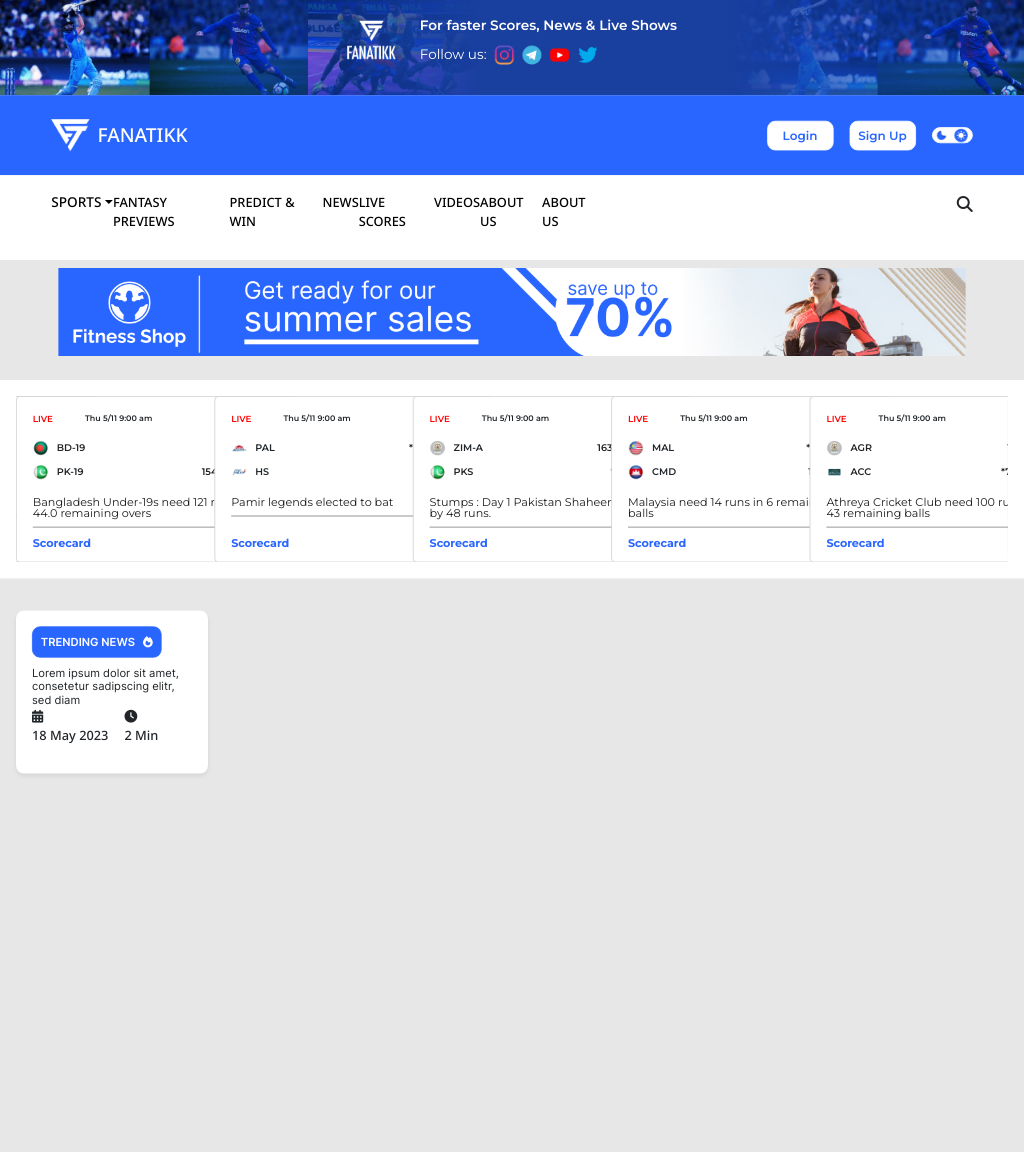
Repository: FlyweisReact/Kannapa
Page: /
The author's editor kept a copy of each file at every save. The page is drawn from the files as they stood at one save, then again after a run of saves.
The browser window is 1280 px wide. The pictures show the whole page, at 80% of full size.
Some web libraries are served in a nearby version. The project was rebuilt for these pictures with package versions that can differ from the ones it lists, and the page was loaded fresh each time. Also part of the build but not shown: src/Components/Layout/Footer.js, src/Components/Sliders/Index-video-Slider.js, src/Components/firstScreen.jsx, src/Components/secondScreen.jsx, src/Components/thirdScreen.jsx, src/Components/fourthScreen.jsx, src/CSS/Footer.css.

Above is the page before, as saved 2023-06-03 13:35:22.

After the next 3 saves:
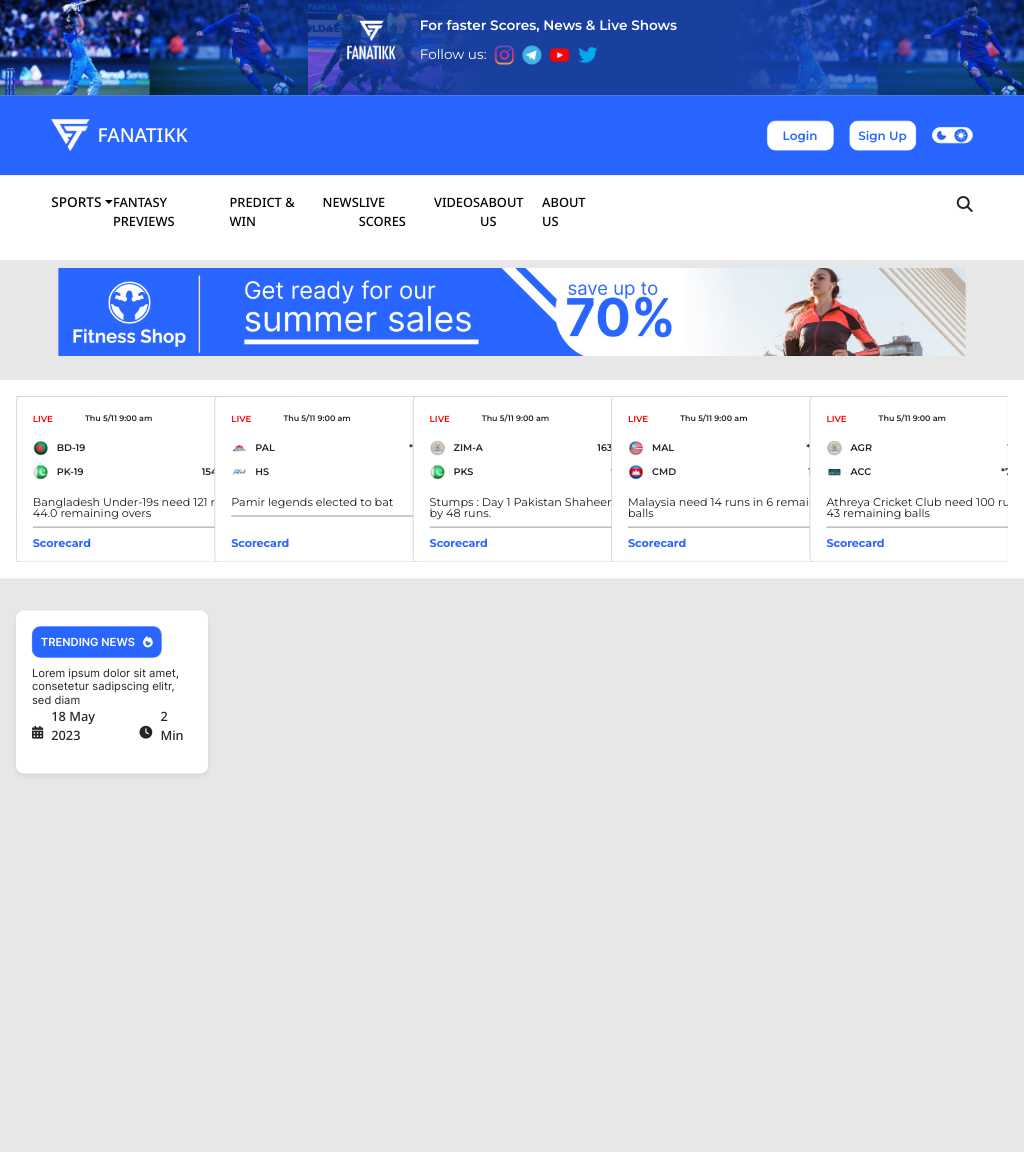
The 3 saves are shown as one change because they came seconds apart.
The last was saved 15 s later.
--- a/src/CSS/Component.css
+++ b/src/CSS/Component.css
@@ -338,3 +338,8 @@ margin: 0;
   align-items: center;
   gap: 20px;
 }
+.Index_Three_Sec_Layout .left_Comp .Trading_News .desc .two_sec div{
+  display: flex;
+  align-items: center;
+  gap: 10px;
+}
